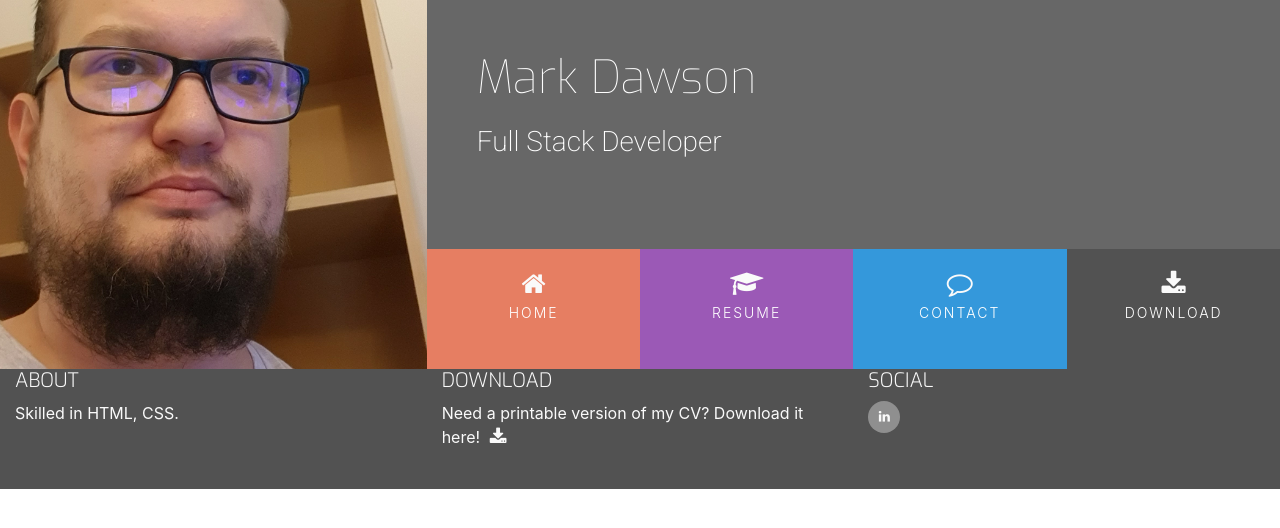
Repository: marcopolomt/resume
Page: contact.html
The author's editor kept a record of every edit. The page is drawn from the files as they stood at one moment, then again after the next edit.
The browser window is 1280 px wide. The pictures show the whole page.

Above is the page before.

### contact.html
<!DOCTYPE html>
<html lang="en">

<head>
    <meta charset="UTF-8">
    <meta name="viewport" content="width=device-width, initial-scale=1.0">
    <meta http-equiv="X-UA-Compatible" content="ie=edge">
    <link rel="stylesheet" href="https://stackpath.bootstrapcdn.com/bootstrap/4.3.1/css/bootstrap.min.css" type="text/css" />
    <link rel="stylesheet" href="https://stackpath.bootstrapcdn.com/font-awesome/4.7.0/css/font-awesome.min.css" type="text/css" />
    <link rel="stylesheet" href="https://cdnjs.cloudflare.com/ajax/libs/hover.css/2.3.1/css/hover-min.css" type="text/css" />
    <link rel="stylesheet" href="assets/css/style.css" type="text/css" />
    <title>Mark</title>
</head>

<body>
    <header>
        <div class="row no-gutters">
            <a href="index.html" class="col-md-4 logo">

            </a>
            <div class="col-md-8">
                <div class="row no-gutters bg-color-name-title">
                    <div class="col heading">
                        <h1 class="name">Mark Dawson</h1>
                        <h2 class="title">Full Stack Developer</h2>
                    </div>
                </div>
                <div class="row no-gutters">
                    <div class="col">
                        <ul id="nav" class="list-inline menucontainer">
                            <li class="col-6 col-sm-3 ui-menu-color-home list-inline-item menuitem">
                                <a href="#" class="hvr-sweep-to-bottom"><i class="fa fa-home" aria-hidden="true"></i><span>Home</span></a>
                            </li>
                            <li class="col-6 col-sm-3 ui-menu-color-resume list-inline-item menuitem">
                                <a href="#" class="hvr-sweep-to-bottom"><i class="fa fa-graduation-cap" aria-hidden="true"></i><span>Resume</span></a>
                            </li>
                            <li class="col-6 col-sm-3 ui-menu-color-contact list-inline-item menuitem">
                                <a href="#" class="hvr-sweep-to-bottom"><i class="fa fa-comment-o" aria-hidden="true"></i><span>Contact</span></a>
                            </li>
                            <li class="col-6 col-sm-3 ui-menu-color-download list-inline-item menuitem">
                                <a href="#" class="hvr-sweep-to-bottom"><i class="fa fa-download" aria-hidden="true"></i><span>Download</span></a>
                            </li>
                        </ul>
                    </div>
                </div>
            </div>
        </div>
    </header>
    <section>

    </section>
    <footer class="container-fluid">
        <div class="row">
            <div class="col-sm-4">
                <h5 class="uppercase general-sub">About</h5>
                <p class="inline-block">
                    Skilled in HTML, CSS.
                </p>
            </div>
            <div class="col-sm-4">
                <h5 class="uppercase general-sub">Download</h5>
                <p class="inline-block">
                    Need a printable version of my CV? Download it here!
                    <a href="#" target="_blank" class="cv-pdf">
                        <i class="fa fa-download" aria-hidden="true"></i>
                        <span class="sr-only">Download link</span>
                    </a>
                </p>
            </div>
            <div class="col-sm-4">
                <h5 class="uppercase general-sub">Social</h5>
                <ul class="list-inline social-links">
                    <li class="list-inline-item">
                        <a target="_blank" href="#">
                            <i class="fa fa-linkedin" aria-hidden="true"></i>
                        <span class="sr-only">linked in</span>

                        </a>
                    </li>
                </ul>
            </div>
        </div>

    </footer>

</body>

</html>

### assets/css/style.css
@import url('https://fonts.googleapis.com/css?family=Roboto:100,200,300,400,500,600,700|Exo:100,200,300,400,500,600,700');

/*-------------colours------------- */

.bg-color-name-title {
    background-color: #676767;
}

.ui-menu-color-home {
    background-color: #e67e62;
}

.ui-menu-color-resume {
    background-color: #9b59b6;
}

.ui-menu-color-contact {
    background-color: #3498db;
}

.ui-menu-color-download {
    background-color: #525252;
}

/*-------------special paddings/margins/text------------- */

h1,
h2,
h3,
h4 {
    margin: 0;

}

.uppercase {
    text-transform: uppercase;
}

.general-sub {
    font-family: "Exo", sans-serif;
    font-weight: 300;
    color: #fafafa;
}

.inline-block {
    display: inline-block;
}

/*-------------heading------------- */

header {
    margin: 0;
}

.heading {
    margin-left: 50px;

}

.logo {
    background: url(../images/me4.png);
    background-position: center;
    background-repeat: no-repeat;
    background-size: cover;
    min-height: 360px;
    transition: all .5s ease-in-out;
    -moz-transition: all .5s ease-in-out;
    -webkit-transition: all .5s ease-in-out;
}

.name {
    font-family: "Exo", sans-serif;
    font-weight: 100;
    font-size: 46px;
    margin-top: 50px;
    color: #fff;
}

.title {
    font-family: "Roboto", sans-serif;
    font-weight: 200;
    font-size: 28px;
    margin-top: 20px;
    margin-bottom: 90px;
    color: #fff;
}

.list-inline-item:not(:last-child) {
    margin: 0;
}

.menucontainer {
    font-size: 0;
}

#nav {
    margin: 0;
}

#nav li {
    font-size: 14px;
    padding: 0;
}

.menuitem {
    height: 120px;
    text-align: center;
    padding: 0;
}

.menuitem a {
    width: 100%;
    text-decoration: none;
    color: #fff;
    height: 120px;
}

.menuitem a i {
    padding-top: 22px;
    display: block;
    color: #fafafa;
    font-size: 26px;
}

.menuitem span {
    display: block;
    width: 100%;
    padding-top: 5px;
    text-align: center;
    text-transform: uppercase;
    font-size: 14px;
    font-weight: 300;
    letter-spacing: 2px;
}

/*-------------hover.css------------- */

.hvr-sweep-to-bottom:before {
    background: rgba(0, 0, 0, 0.2);
    height: 120px;

}

/*-------------footer------------- */

footer {
    background-color: #525252;
    color: #fafafa;
    min-height: 120px;
    margin: 0;
}

.cv-pdf i {
    font-size: 18px;
    color: #fafafa;
    text-align: center;
    padding-left: 5px;
    transition: all 0.35s ease-in-out;
    -moz-transition: all 0.35s ease-in-out;
    -webkit-transition: all 0.35s ease-in-out;
    -o-transition: all 0.35s ease-in-out;
}

.cv-pdf i:hover {
    color: #e84610;
}

.social-links {
    padding-bottom: 15px;

}

.social-links li a i {
    width: 32px;
    height: 32px;
    padding: 12px 0;
    border-radius: 50%;
    font-size: 13px;
    line-height: 7px;
    text-align: center;
    color: #fafafa;
    background: #8f8f8f;
    transition: all 0.35s ease-in-out;
    -moz-transition: all 0.35s ease-in-out;
    -webkit-transition: all 0.35s ease-in-out;
    -o-transition: all 0.35s ease-in-out;
}

.social-links li a i:hover {
    background: #e84610;
}

#footer-details {
    padding: 20px;
}

After the next edit:
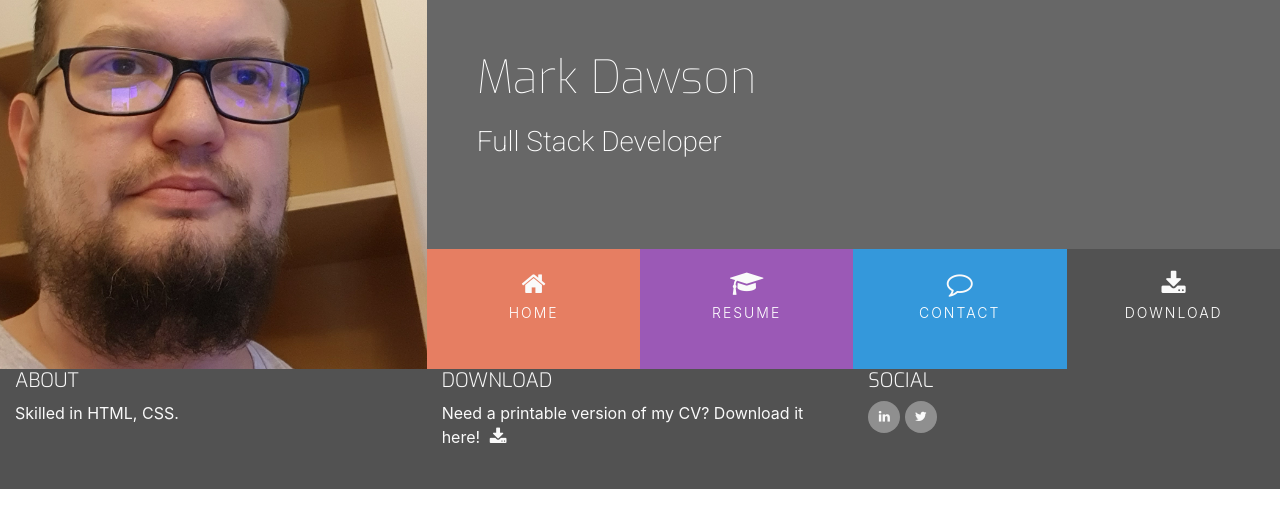
The edit:
--- a/contact.html
+++ b/contact.html
@@ -77,6 +77,10 @@
 
                         </a>
                     </li>
+                                        <li class="list-inline-item">
+                        <a target="_blank" href="#">
+                            <i class="fa fa-twitter" aria-hidden="true"></i>
+                        <span class="sr-only">Twitter</span>
                 </ul>
             </div>
         </div>
